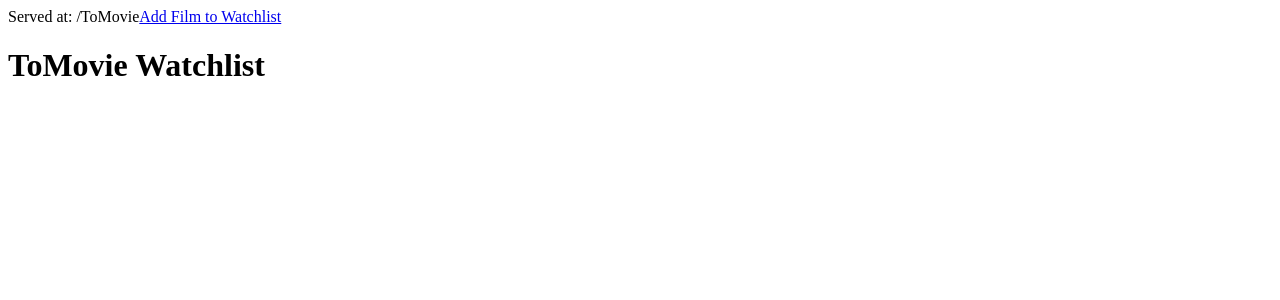
Repository: dannie-su-sjsu/CS157A-team6
Page: http://localhost/ToMovie/ViewServlet
An editor plug-in stored every save of this project. The page is shown before and after the next save, followed by the edit.
The browser window is 1280 px wide. The pictures show the whole page.
The page is served by Tomcat 9. Other server files are loaded and not shown.

Above is the page before, as saved 2023-07-21 04:17:58.

### ToMovie/src/main/java/ViewServlet.java
import java.io.PrintWriter;
import java.util.List;

import java.io.IOException;
import javax.servlet.ServletException;
import javax.servlet.annotation.WebServlet;
import javax.servlet.http.HttpServlet;
import javax.servlet.http.HttpServletRequest;
import javax.servlet.http.HttpServletResponse;

/**
 * Servlet implementation class ViewServlet
 */
@WebServlet("/ViewServlet")
public class ViewServlet extends HttpServlet {
	private static final long serialVersionUID = 1L;

    /**
     * @see HttpServlet#HttpServlet()
     */
    public ViewServlet() {
        super();
    }

	/**
	 * @see HttpServlet#doGet(HttpServletRequest request, HttpServletResponse response)
	 */
	protected void doGet(HttpServletRequest request, HttpServletResponse response) throws ServletException, IOException {
		response.getWriter().append("Served at: ").append(request.getContextPath());
		response.setContentType("text/html");
		PrintWriter out=response.getWriter();
		out.println("<a href='AddFilm.html'>Add Film to Watchlist</a>");
	    out.println("<h1>ToMovie Watchlist</h1>");


	}

	/**
	 * @see HttpServlet#doPost(HttpServletRequest request, HttpServletResponse response)
	 */
	protected void doPost(HttpServletRequest request, HttpServletResponse response) throws ServletException, IOException {
		// TODO Auto-generated method stub
		doGet(request, response);
		//*** DISPLAYING WATCHLIST ***///

	}

}

After the next save:
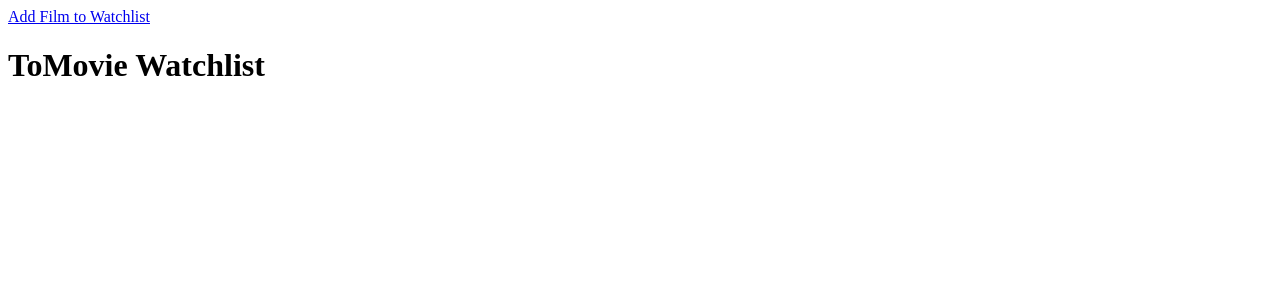
Saved 24 s later.
--- a/ToMovie/src/main/java/ViewServlet.java
+++ b/ToMovie/src/main/java/ViewServlet.java
@@ -26,7 +26,7 @@ public class ViewServlet extends HttpServlet {
 	 * @see HttpServlet#doGet(HttpServletRequest request, HttpServletResponse response)
 	 */
 	protected void doGet(HttpServletRequest request, HttpServletResponse response) throws ServletException, IOException {
-		response.getWriter().append("Served at: ").append(request.getContextPath());
+		//response.getWriter().append("Served at: ").append(request.getContextPath());
 		response.setContentType("text/html");
 		PrintWriter out=response.getWriter();
 		out.println("<a href='AddFilm.html'>Add Film to Watchlist</a>");
